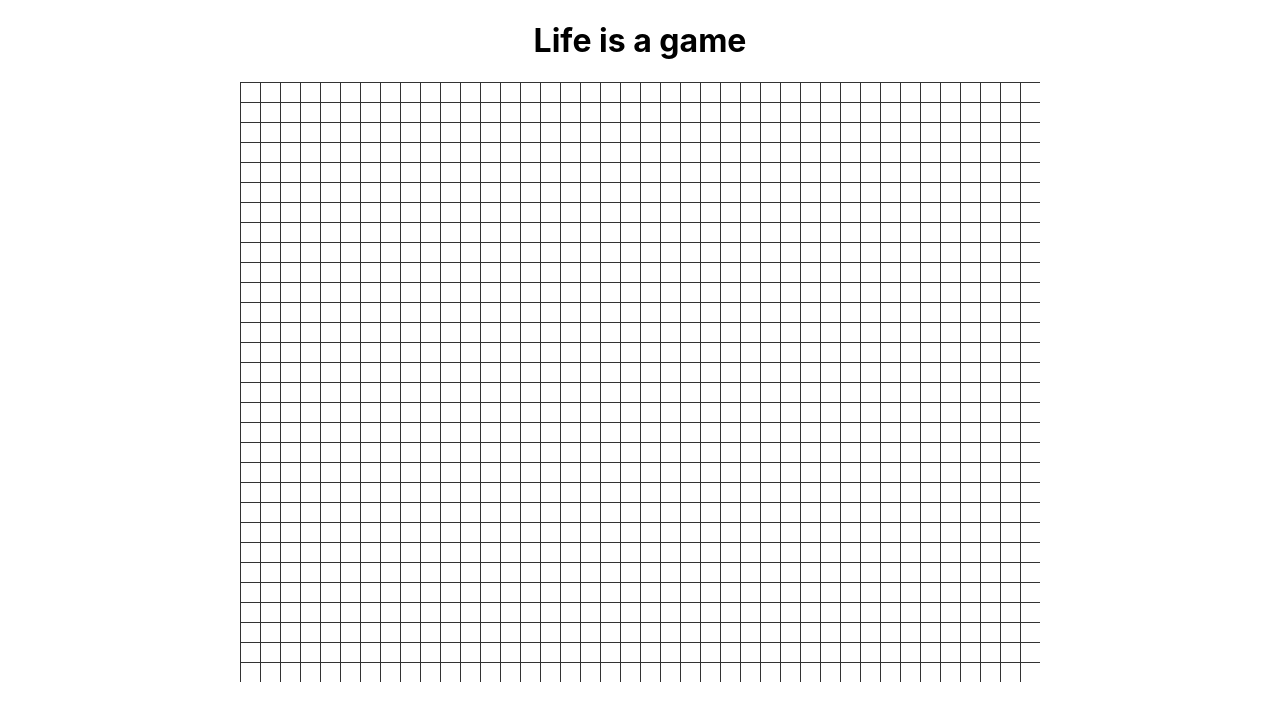
Repository: philipep-galdino/game-of-life
Page: /
The author's editor kept a copy of each file at every save. The page is drawn from the files as they stood at one save, then again after the next save.
The browser window is 1280 px wide. The pictures show the whole page.
The project was rebuilt for these pictures with package versions that can differ from the ones it lists, and the page was loaded fresh each time.

Above is the page before, as saved 2020-06-17 22:35:37.

### src/App.js
import React from 'react';
import './App.css';
import Game from './Game.js'

function App() {
  return (
    <div className="App">
      <h1>Life is a game</h1>
      <Game />
    </div>
  );
}

export default App;

### src/Game.js
import React from 'react';
import './Game.css';

const cellSize = 20;
const width = 800;
const height = 600;

class Cell extends React.Component {
    render() {
        const { x, y } = this.props;
        return(
            <div className='Cell'
            style={{
                left: `${cellSize * x + 1}px`,
                top: `${cellSize * y + 1}px`,
                width: `${cellSize -1}px`,
                height: `${cellSize -1}px`,
            }}/>
        );
    }
}

class Game extends React.Component {
    constructor() {
        super();

        this.rows = height / cellSize;
        this.cols = width / cellSize;
        this.board = this.createEmptyBoard();

    }

    state = {
        cells: [],
    }

    createEmptyBoard() {
        let board = [];
        for (let y = 0; y < this.rows; y++) {
            board[y] = [];

            for (let x = 0; x < this.cols; x++) {
                board[y][x] = false;

            }
        }

        return board;
    }

    createCells() {

        // generates cells according to the board state

        // it generates cells once the board state is
        // updated

        let cells = [];
        for (let y = 0; y < this.rows; y++) {
            for (let x = 0; x < this.cols; x++) {
                if(this.board[y][x]) {
                    cells.push({x, y});
                }
            }
        }

        return cells;
    }

    getElementOffset() {

        // calculate and gets the board element's position

        const rect = this.boardRef.getBoundingClientRect();
        const doc = document.documentElement;

        return {
            x: (rect.left + window.pageXOffset) - doc.clientLeft,
            y: (rect.top + window.pageYOffset) - doc.clientTop,
        };
    }

    handleClick = (event) => {

        // will get the position with the clients click and convert it
        // to a position relative to the board, calculating the cols and rows
        // for the cell clicked on

        const elemOffset = this.getElementOffset();
        const offsetX = event.clientX - elemOffset.x;
        const offsetY = event.clientY - elemOffset.y;
        const x = Math.floor(offsetX / cellSize);
        const y = Math.floor(offsetY / cellSize);

        if (x >= 0 && x <= this.cols && y >= 0 && y <= this.rows) {
            this.board[y][x] = !this.board[y][x];
        }

        this.setState({ cells: this.createCells()});
    }

    render() {
        const { cells } = this.state;
        return (

            <div>
                <div className='Board' style={{ width: width, height: height, backgroundSize: `${cellSize}px ${cellSize}px` }} onClick={this.handleClick} ref={(n) => { this.boardRef = n; }}>
                {cells.map(cell => (
                    <Cell x={cell.x} y={cell.y} key={`${cell.x}, ${cell.y}`} />
                ))}
                </div>
            </div>
        )
    }
}

export default Game;

### src/Game.css
.Board {
    position: relative;
    margin: 0 auto;
    background-color: white;
    background-image: linear-gradient(#333 1px, transparent 1px), linear-gradient(90deg, #333 1px, transparent 1px)
}

.Cell {
    background: red;
    position: absolute;
}

Loaded but not shown: public/index.html (common file); src/index.js (common file); src/index.css (common file); src/serviceWorker.js (common file); src/App.css (common file)

After the next save:
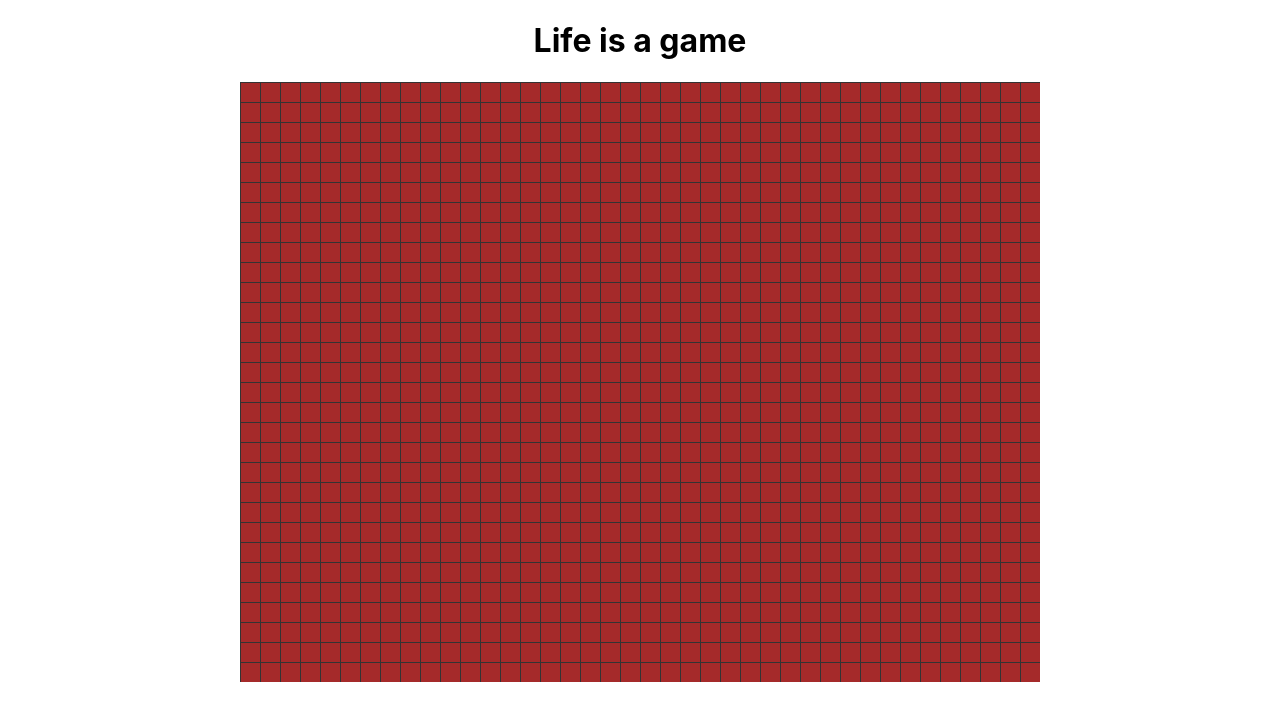
Saved 11 s later.
--- a/src/Game.css
+++ b/src/Game.css
@@ -1,7 +1,7 @@
 .Board {
     position: relative;
     margin: 0 auto;
-    background-color: white;
+    background-color: brown;
     background-image: linear-gradient(#333 1px, transparent 1px), linear-gradient(90deg, #333 1px, transparent 1px)
 }
 
